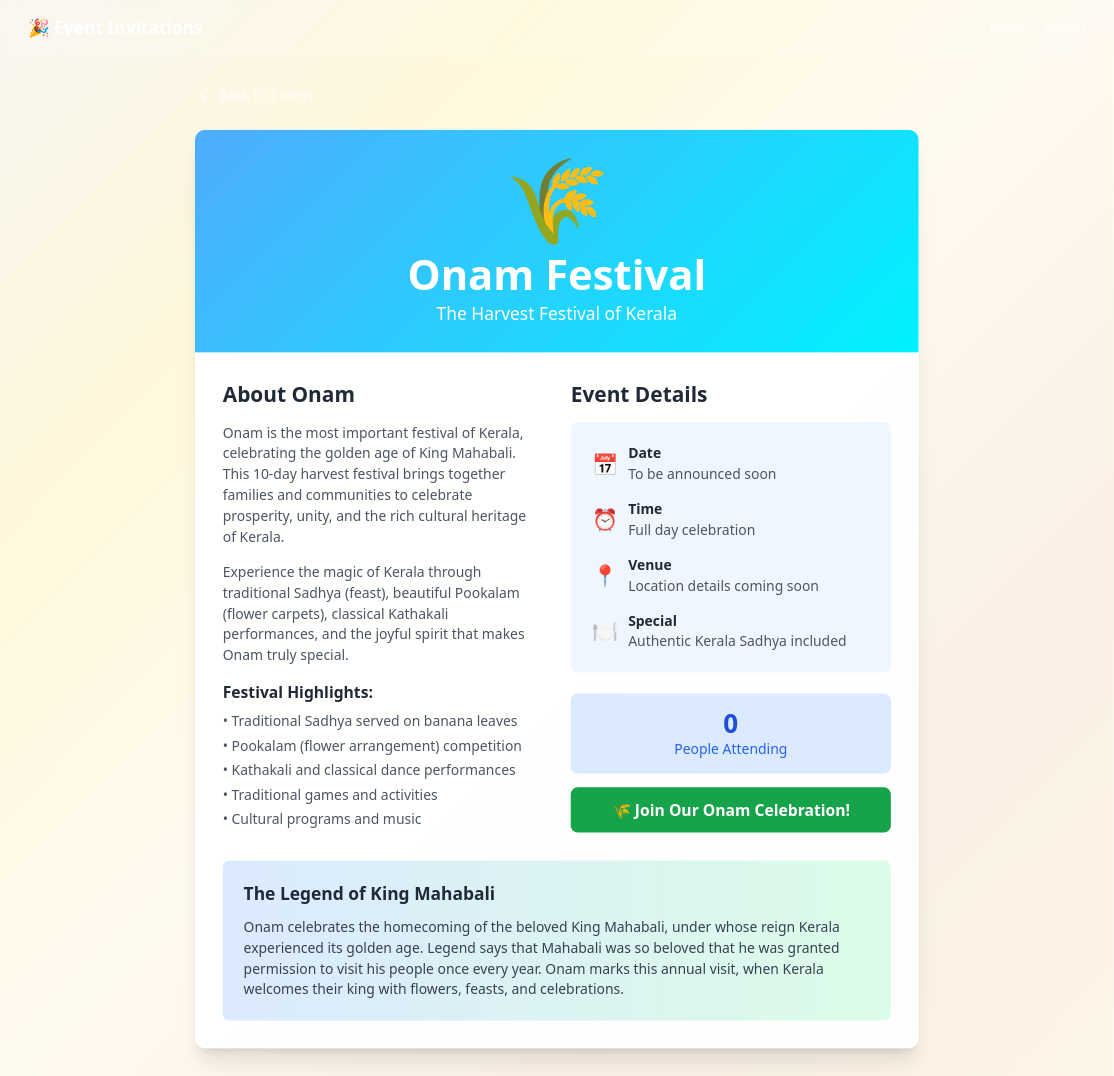
Repository: nanduldas/invitation
Page: http://localhost/event/onam
An editor plug-in stored every save of this project. The page is shown before and after the next save, followed by the edit.
The browser window is 1280 px wide. The pictures show the whole page, at 87% of full size.
Some web libraries are served in a nearby version. The page is served by the project's Laravel application, run on PHP 8.4 with Laravel 12. Queries for data that is not in the repository find no rows.

Above is the page before, as saved 2025-08-22 23:49:51.

After the next save:
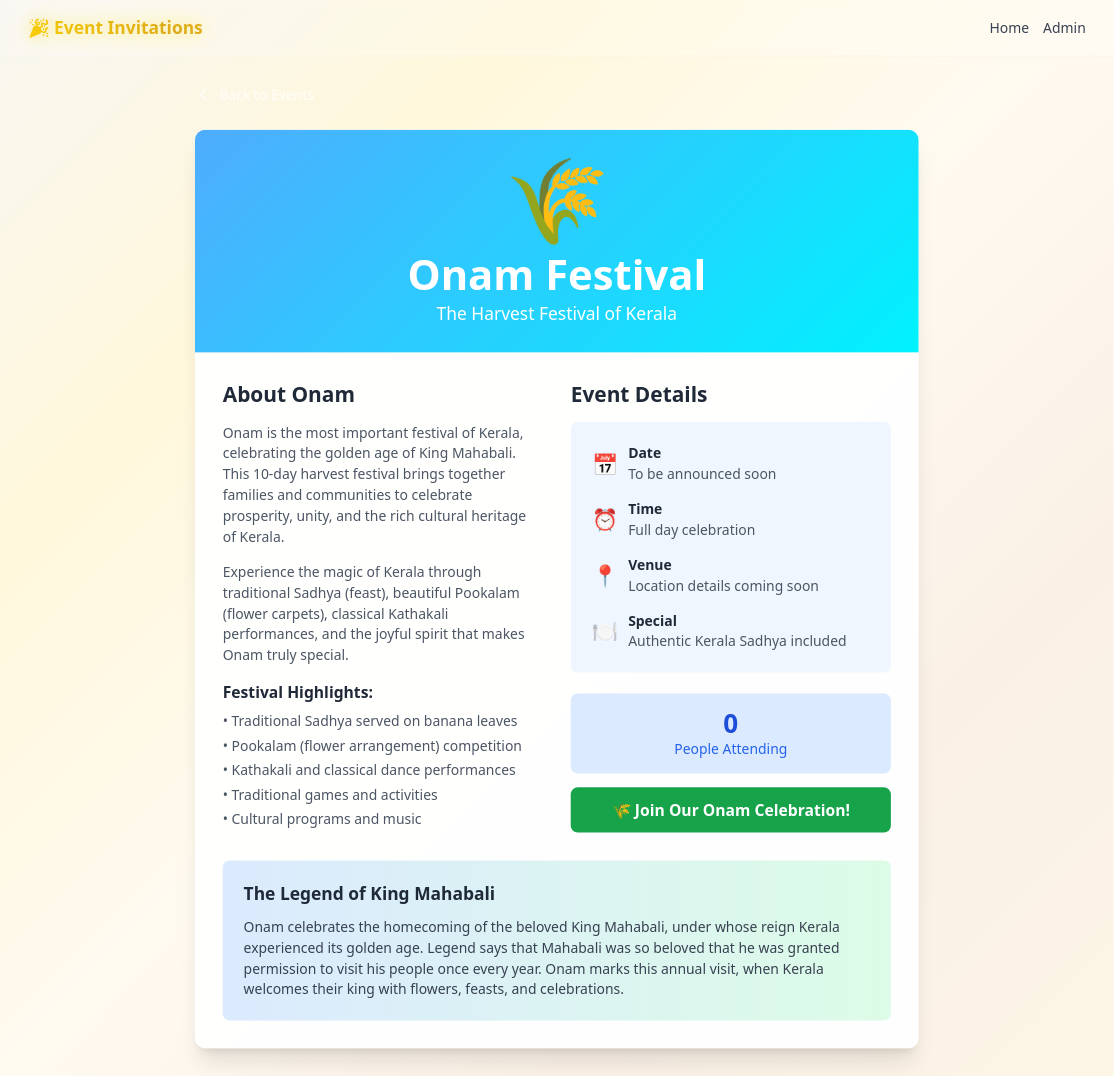
Saved 15 s later.
--- a/resources/views/layouts/app.blade.php
+++ b/resources/views/layouts/app.blade.php
@@ -69,19 +69,19 @@
     </style>
 </head>
 <body class="min-h-screen gradient-bg">
-    <nav class="bg-white/10 backdrop-blur-sm border-b border-white/20">
+    <nav class="bg-white/20 backdrop-blur-sm border-b border-gray-200/30">
         <div class="max-w-7xl mx-auto px-4 sm:px-6 lg:px-8">
             <div class="flex justify-between h-16">
                 <div class="flex items-center">
-                    <a href="{{ route('home') }}" class="text-white text-xl font-bold">
+                    <a href="{{ route('home') }}" class="text-gold-shining text-xl font-bold">
                         🎉 Event Invitations
                     </a>
                 </div>
                 <div class="flex items-center space-x-4">
-                    <a href="{{ route('home') }}" class="text-white/80 hover:text-white transition-colors">
+                    <a href="{{ route('home') }}" class="text-gray-700 hover:text-gold transition-colors">
                         Home
                     </a>
-                    <a href="{{ route('admin.attendees') }}" class="text-white/80 hover:text-white transition-colors">
+                    <a href="{{ route('admin.attendees') }}" class="text-gray-700 hover:text-gold transition-colors">
                         Admin
                     </a>
                 </div>
